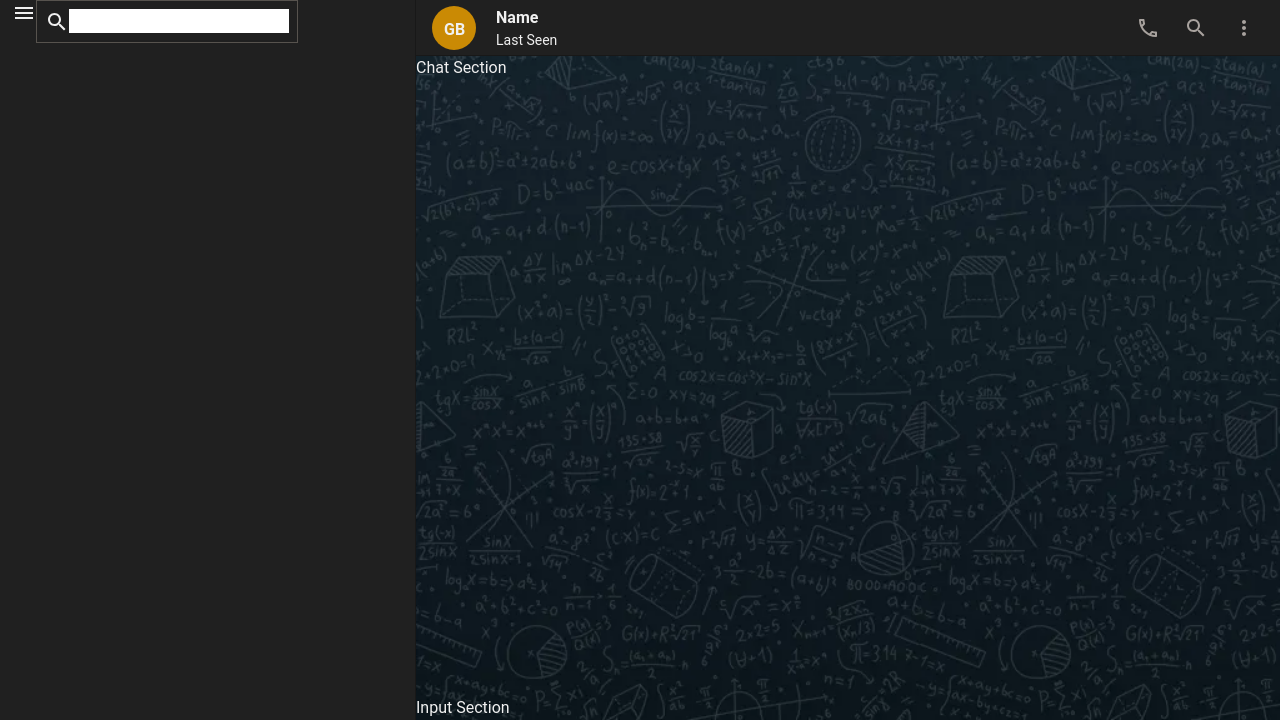
Repository: Qu4ntumGuy/telegram-clone
Page: /
These files come from the project's save history. The page is drawn as it stood at one moment and after the next save; the edit follows.
The browser window is 1280 px wide. The pictures show the whole page.
The project was rebuilt for these pictures with package versions that can differ from the ones it lists, and the page was loaded fresh each time. Also part of the build but not shown: src/Utils/ContextProvider.js, src/Pages/ChatPage.js/ChatPage.js.

Above is the page before, as saved 2024-07-15 12:29:00.

### src/index.css
@tailwind base;
@tailwind components;
@tailwind utilities;

:root {
  font-family: "Roboto", sans-serif;
  color-scheme: light;
  body {
    @apply bg-[#181818] text-[#f0f0f0];
  }
}
/*
:root {
  @apply bg-[#181818];
} */

### src/App.js
import { Routes, BrowserRouter, Route } from "react-router-dom";
import Sidebar from "./Components/Sidebar";
import Home from "./Pages/Home/Home";
import ChatPage from "./Pages/ChatPage.js/ChatPage";

function App() {
  return (
    <div className="flex max-w-[105rem] mx-auto">
      <Sidebar />
      <BrowserRouter>
        <Routes>
          <Route path="/" element={<Home />} />
          <Route path="/k/:id" element={<ChatPage />} />
        </Routes>
      </BrowserRouter>
      {/* <Home /> */}
    </div>
  );
}

export default App;

### src/Components/Sidebar.js
import React from "react";
import { useComponentContext } from "../Utils/ContextProvider";
import MenuIcon from "@mui/icons-material/Menu";
import SearchIcon from "@mui/icons-material/Search";

function Sidebar() {
  const context = useComponentContext();
  return (
    <div className="w-full md:max-w-[26rem] bg-[#202020] border-r border-[#181818] h-screen">
      <div className="flex px-3 h-14">
        <div>
          <MenuIcon />
        </div>
        <div>
          <div className="flex border border-stone-600 p-2">
            <div>
              <SearchIcon />
            </div>
            <form>
              <input className="w-full" />
            </form>
          </div>
        </div>
      </div>
      <div></div>
    </div>
  );
}

export default Sidebar;

### src/Pages/Home/Home.js
import React from "react";
import backgroundImage from "../../Assets/Desktop.webp";
import Topbar from "../../Components/Topbar";

function Home() {
  const image =
    "https://blog.1a23.com/wp-content/uploads/sites/2/2020/02/pattern_02-150x150.png";

  //   const divStyle = {
  //     width: "100%",
  //     height: "100vh", // Adjust the height as needed
  //     backgroundImage: `url(${backgroundImage})`,
  //     backgroundSize: "cover", // Ensures the image covers the entire div
  //     backgroundPosition: "center", // Centers the image
  //   };
  return (
    <div
      className="md:flex flex-col justify-center bg-cover h-screen hidden md:w-full "
      style={{ backgroundImage: `url(${backgroundImage})` }}
    >
      <div className="top-0 mb-auto h-14 bg-[#202020] border-b border-[#181818]">
        <Topbar />
      </div>
      <div className="flex flex-col h-full">
        <div className="top-0">Chat Section</div>
        <div className="bottom-0 mt-auto">Input Section</div>
      </div>
    </div>
  );
}

export default Home;

### src/Components/Topbar.js
import React from "react";
import CallOutlinedIcon from "@mui/icons-material/CallOutlined";
import SearchIcon from "@mui/icons-material/Search";
import MoreVertIcon from "@mui/icons-material/MoreVert";

function Topbar() {
  return (
    <div className="flex px-4 h-14">
      <div className="flex-1 flex items-center">
        <div className="bg-yellow-600 p-3 rounded-full h-11 w-11 text-center align-middle font-bold">
          <div className="text-center align-middle">GB</div>
        </div>
        <div className="flex flex-col pl-5 w-full">
          <div className="font-semibold">Name</div>
          <div className="text-sm"> Last Seen</div>
        </div>
      </div>
      <div className="flex items-center space-x-2 font-semibold pl-3 text-stone-400">
        <div className=" rounded-full cursor-pointer hover:bg-stone-700 hover:bg-opacity-30 p-2">
          <CallOutlinedIcon />
        </div>
        <div className=" rounded-full cursor-pointer hover:bg-stone-700 hover:bg-opacity-30 p-2">
          <SearchIcon />
        </div>
        <div className=" rounded-full cursor-pointer hover:bg-stone-700 hover:bg-opacity-30 p-2">
          <MoreVertIcon />
        </div>
      </div>
    </div>
  );
}

export default Topbar;

Loaded but not shown: public/index.html (common file); src/index.js (common file); src/reportWebVitals.js (common file); tailwind.config.js (common file)

After the next save:
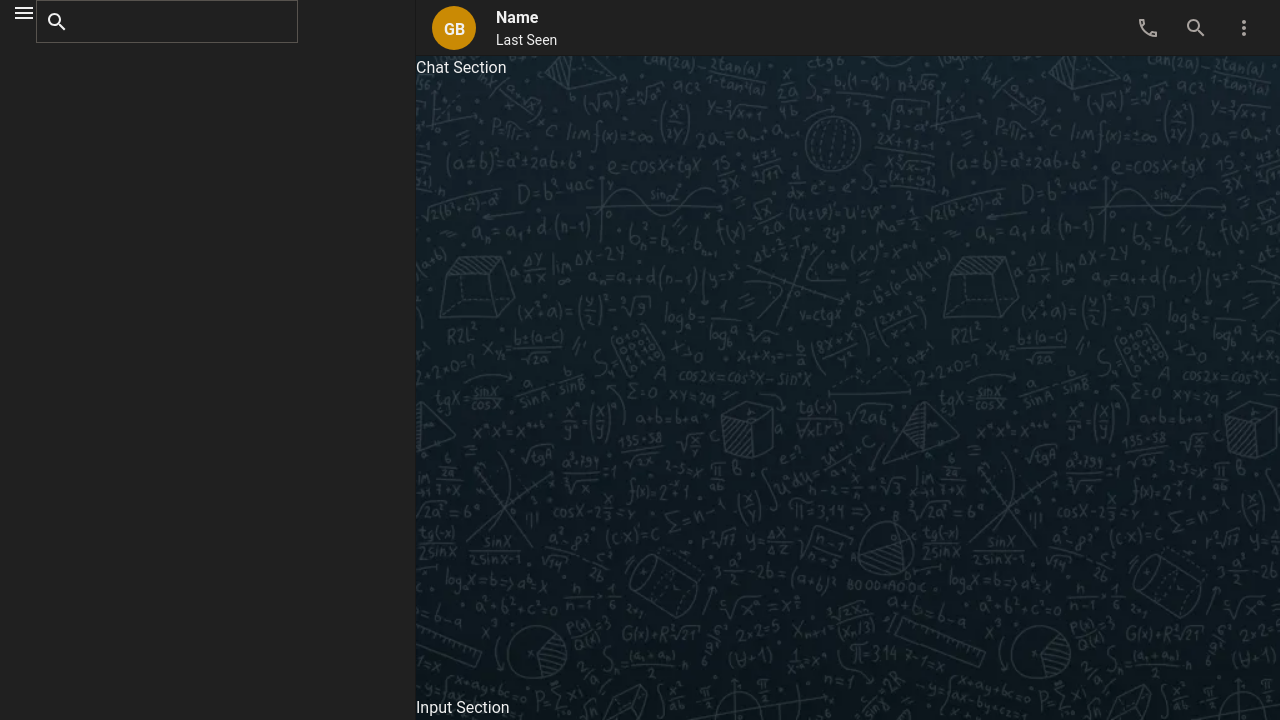
Saved 6 s later.
--- a/src/Components/Sidebar.js
+++ b/src/Components/Sidebar.js
@@ -17,7 +17,7 @@ function Sidebar() {
               <SearchIcon />
             </div>
             <form>
-              <input className="w-full" />
+              <input className="w-full bg-inherit" />
             </form>
           </div>
         </div>
